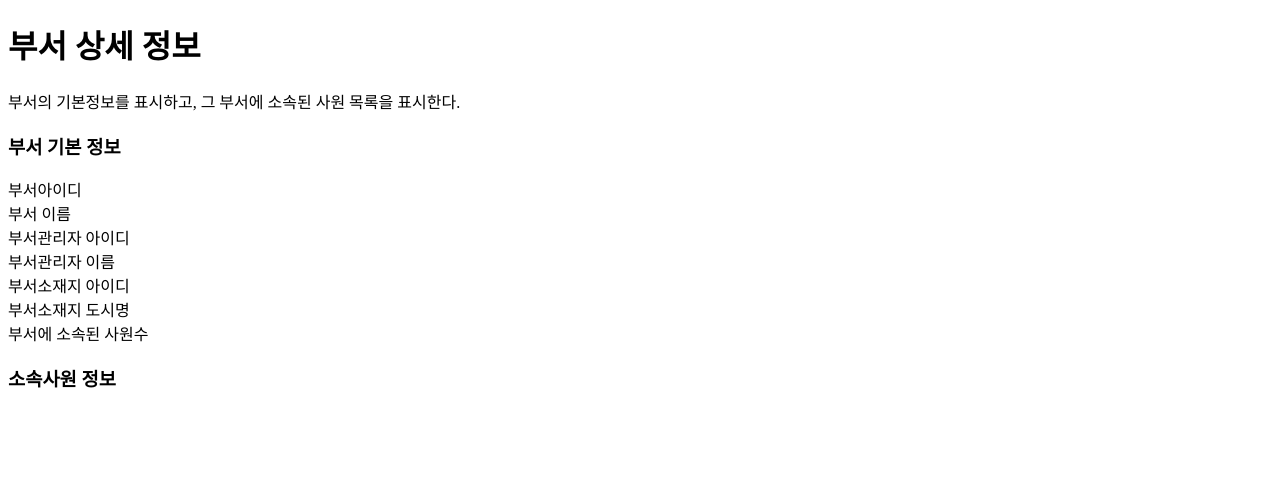
Repository: onuo77/HTA
Page: http://localhost/sample/hr/dept/detail.jsp
An editor plug-in stored every save of this project. The page is shown before and after the next save, followed by the edit.
The browser window is 1280 px wide. The pictures show the whole page.
The page is served by Tomcat 9.

Above is the page before, as saved 2021-05-21 00:44:13.

After the next save:
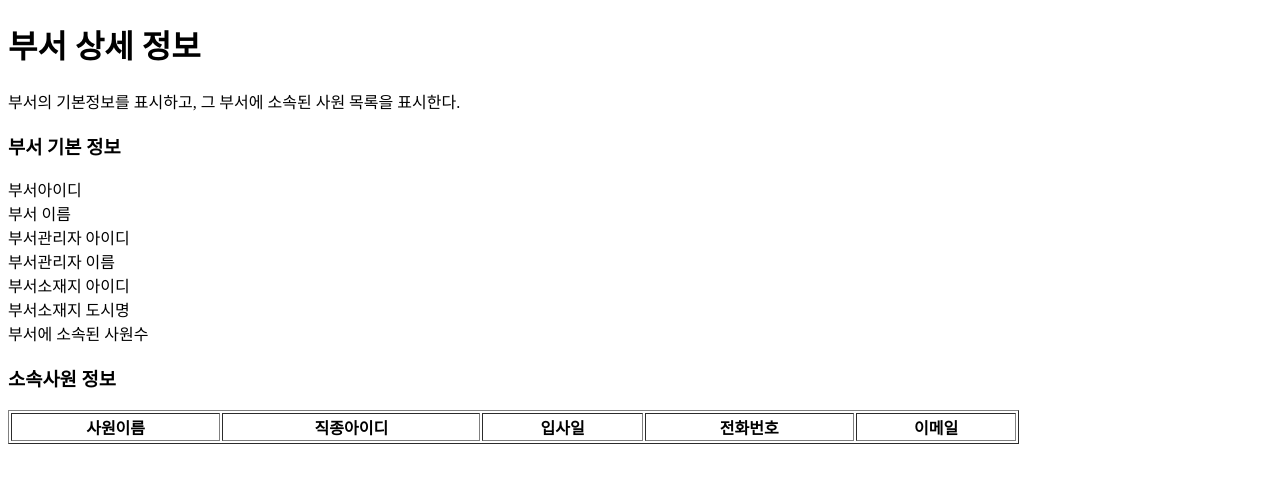
Saved 2 min 39 s later.
--- a/java-web/sample/src/main/webapp/hr/dept/detail.jsp
+++ b/java-web/sample/src/main/webapp/hr/dept/detail.jsp
@@ -24,5 +24,16 @@
 	</dl>
 
 	<h3>소속사원 정보</h3>
+	<table border="1" style="width: 80%">
+		<thead>
+			<tr>
+				<th>사원이름</th>
+				<th>직종아이디</th>
+				<th>입사일</th>
+				<th>전화번호</th>
+				<th>이메일</th>
+			</tr>
+		</thead>
+	</table>
 </body>
 </html>
